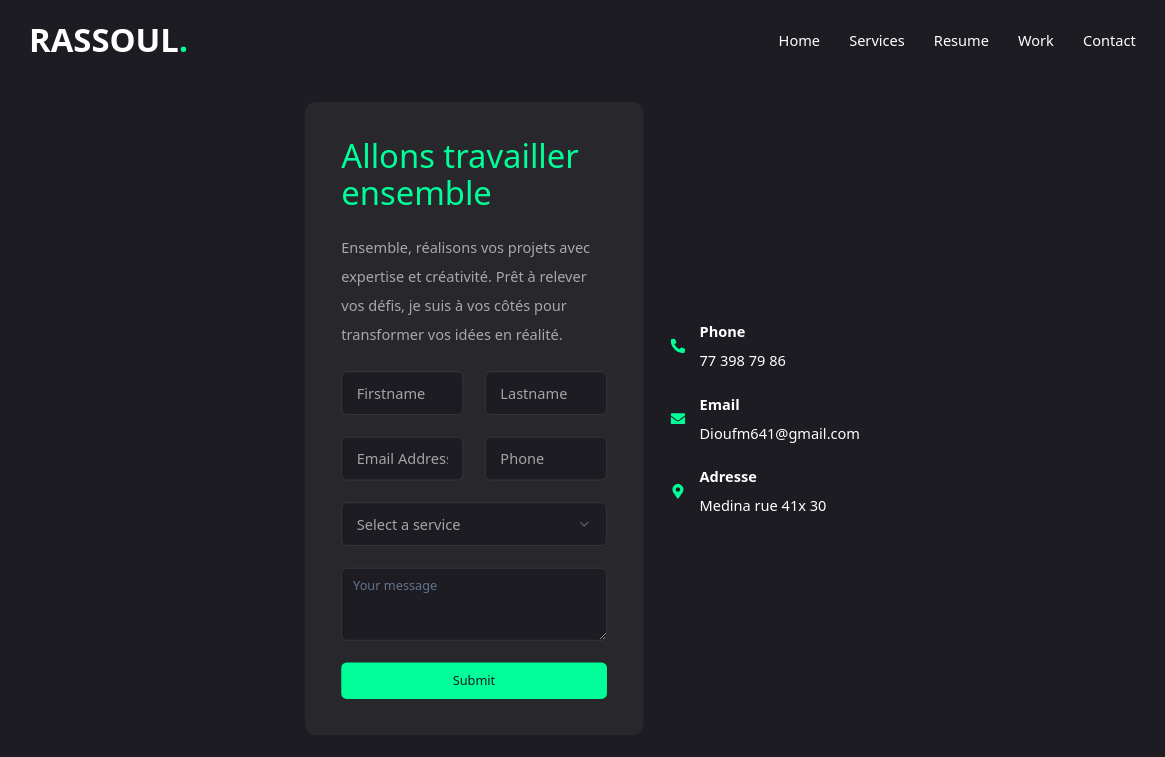
Repository: MDiouf9/portfolio2
Page: /contact
These files come from the project's save history. The page is drawn as it stood at one moment and after the next save; the edit follows.
The browser window is 1280 px wide. The pictures show the whole page, at 91% of full size.
The project was rebuilt for these pictures with package versions that can differ from the ones it lists, and the page was loaded fresh each time. The framework's server and built-in components were replaced by stand-ins that run in the browser. Also part of the build but not shown: next.config.mjs.

Above is the page before, as saved 2024-10-15 23:33:05.

### src/app/contact/page.tsx
"use client"
import { Button } from '@/components/ui/button';
import { Input } from '@/components/ui/input';
import { Textarea } from '@/components/ui/textarea';
import {
  Select,
  SelectContent,
  SelectGroup,
  SelectItem,
  SelectLabel,
  SelectTrigger,
  SelectValue
} from '@/components/ui/select';
import { FaPhoneAlt, FaEnvelope, FaMapMarkerAlt } from 'react-icons/fa';
import { motion } from 'framer-motion';

const info = [
  {
    icon: <FaPhoneAlt />,
    title: 'Phone',
    description: '77 398 79 86'
  },
  {
    icon: <FaEnvelope />,
    title: 'Email',
    description: 'Dioufm641@gmail.com'
  },
  {
    icon: <FaMapMarkerAlt />,
    title: 'Adresse',
    description: 'Medina rue 41x 30'
  }
];

const Contact = () => {
  return (
    <motion.section
      initial={{ opacity: 0 }}
      animate={{
        opacity: 1,
        transition: { delay: 2.4, duration: 0.4, ease: 'easeIn' },
      }}
      className="py-6"
    >
      <div className="container mx-auto">
        <div className="flex flex-col xl:flex-row gap-[30px]">
          {/* Formulaire de contact */}
          <div className="xl:h-[54%] order-2 xl:order-none">
            <form className="flex flex-col gap-6 p-10 bg-[#27272c] rounded-xl">
              <h3 className="text-4xl text-accent"> Allons travailler ensemble</h3>
              <p className="text-white/60">


Ensemble, réalisons vos projets avec expertise et créativité. Prêt à relever vos défis, je suis à vos côtés pour transformer vos idées en réalité.
              </p>
              <div className="grid grid-cols-1 md:grid-cols-2 gap-6">
                <Input type="text" placeholder="Firstname" />
                <Input type="text" placeholder="Lastname" />
                <Input type="email" placeholder="Email Address" />
                <Input type="tel" placeholder="Phone" />
              </div>
              <Select>
                <SelectTrigger className="w-full">
                  <SelectValue placeholder="Select a service" />
                </SelectTrigger>
                <SelectContent>
                  <SelectGroup>
                    <SelectLabel>Select a service</SelectLabel>
                    <SelectItem value="est">Web Development</SelectItem>
                    <SelectItem value="cst">Mobile Development</SelectItem>
                  </SelectGroup>
                </SelectContent>
              </Select>
              <Textarea className='h-[200px]:' placeholder="Your message" />
              <Button>Submit</Button>
            </form>
          </div>

          {/* Section avec les informations de contact */}
          <div className="flex-1 flex items-center xl:justify-end order-1 xl:order-none mb-8 xl:mb-0">
            <div className="space-y-4 text-white">
              {info.map((item, index) => (
                <div key={index} className="flex items-center space-x-4">
                  <div className="text-accent">{item.icon}</div>
                  <div>
                    <h4 className="font-bold">{item.title}</h4>
                    <p>{item.description}</p>
                  </div>
                </div>
              ))}
            </div>
          </div>
        </div>
      </div>
    </motion.section>
  );
};

export default Contact;

### src/components/Header.tsx
import Link from 'next/link';
import { Button } from './ui/button';
import React from 'react';
import Nav from './Nav';
import MobileNav from './MobileNav';

const Header = () => {
  return (
    <header className='bg-dark py-3 xl:py-6 text-white w-full'>
      {/* Wrapper pour le contenu du header */}
      <div className='flex items-center justify-between px-4 md:px-8'>
        {/* Logo */}
        <Link href="/">
          <h1 className='text-3xl md:text-4xl font-semibold'>
            RASSOUL<span className='text-accent'>.</span>
          </h1>
        </Link>

        {/* Menu de navigation pour les grands écrans */}
        <div className="hidden xl:flex items-center gap-8">
          <Nav />
          {/* <Link href="/Contact">
            <Button>Hire Me</Button>
          </Link> */}
        </div>

        {/* Menu mobile (uniquement visible sur petits écrans) */}
        <div className='xl:hidden'>
          <MobileNav />
        </div>
      </div>
    </header>
  );
};

export default Header;

### src/components/ui/button.tsx
import * as React from "react";
import { Slot } from "@radix-ui/react-slot";
import { cva, type VariantProps } from "class-variance-authority";

import { cn } from "@/lib/utils";

// Définit les variantes directement dans l'objet variants
const buttonVariants = cva(
  "inline-flex items-center justify-center whitespace-nowrap rounded-md text-sm font-medium ring-offset-white transition-colors focus-visible:outline-none focus-visible:ring-2 focus-visible:ring-slate-950 focus-visible:ring-offset-2 disabled:pointer-events-none disabled:opacity-50 dark:ring-offset-slate-950 dark:focus-visible:ring-slate-300",
  {
    variants: {
      variant: {
        default: "bg-accent text-primary hover:bg-accent-hover",
        outline: "border border-slate-300 text-slate-700 hover:bg-accent-hover",
      },
      size: {
        default: "h-10 px-4 py-2",
        sm: "h-9 rounded-md px-3",
        lg: "h-11 rounded-md px-8",
        icon: "h-10 w-10",
      },
    },
    defaultVariants: {
      variant: "default",
      size: "default",
    },
  }
);

// Interface ButtonProps
export interface ButtonProps
  extends React.ButtonHTMLAttributes<HTMLButtonElement>,
    VariantProps<typeof buttonVariants> {
  asChild?: boolean;
}

const Button = React.forwardRef<HTMLButtonElement, ButtonProps>(
  ({ className, variant, size, asChild = false, ...props }, ref) => {
    const Comp = asChild ? Slot : "button";
    return (
      <Comp
        className={cn(buttonVariants({ variant, size, className }))}
        ref={ref}
        {...props}
      />
    );
  }
);
Button.displayName = "Button";

export { Button, buttonVariants };

### src/components/ui/input.tsx
import * as React from "react"

import { cn } from "@/lib/utils"

export interface InputProps
  extends React.InputHTMLAttributes<HTMLInputElement> {}

const Input = React.forwardRef<HTMLInputElement, InputProps>(
  ({ className, type, ...props }, ref) => {
    return (
      <input
        type={type}
        className={cn( 'flex h-[48px] rounded-md border border-white/10 focus:border-accent font-light bg-primary px-4 py-5  text-base placeholder:text-white/60 outline-none',

          className
        )}
        ref={ref}
        {...props}
      />
    )
  }
)
Input.displayName = "Input"

export { Input }

### src/components/ui/textarea.tsx
import * as React from "react"

import { cn } from "@/lib/utils"

export interface TextareaProps
  extends React.TextareaHTMLAttributes<HTMLTextAreaElement> {}

const Textarea = React.forwardRef<HTMLTextAreaElement, TextareaProps>(
  ({ className, ...props }, ref) => {
    return (
      <textarea
        className={cn(
          "flex min-h-[80px] w-full rounded-md border border-white/10 bg-primary px-3 py-2 text-sm ring-offset-white placeholder:text-slate-500 focus-visible:outline-none focus-visible:ring-2 focus-visible:ring-accent focus-visible:ring-offset-2 disabled:cursor-not-allowed disabled:opacity-50 dark:border-slate-800 dark:bg-slate-950 dark:ring-offset-slate-950 dark:placeholder:text-slate-400 dark:focus-visible:ring-slate-300",
          className
        )}
        ref={ref}
        {...props}
      />
    )
  }
)
Textarea.displayName = "Textarea"

export { Textarea }

### src/components/Nav.tsx
"use client"
import React from 'react'
import Link from 'next/link'
import { usePathname } from 'next/navigation'



const links =[
        {
            name: "Home",
            path: "/",
        },
        {
            name: "Services",
            path: "/Services",
        },
        {
            name: "Resume",
            path: "/Resume",
        },
        {
            name: "work",
            path: "/Work",
        },
        {
            name: "Contact",
            path: "/Contact",
        },
    ]
 const Nav = () => {
  const  pathname = usePathname();
  return (
    <nav className=' flex gap-8'>
        {links.map((link,index) => {
            return (
                <Link href={link.path} key={index} className={`${link.path === pathname && "text-accent border-b-2 border-accent"} capitalize font-medium hover:text-accent transition-all`}>
                    {link.name}
                </Link>
            );
        })}

    </nav>
  );
}
export default Nav

### src/components/MobileNav.tsx
"use client";
import React from 'react'
import {Sheet ,  SheetContent, SheetTrigger, } from '@/components/ui/sheet'
import { usePathname } from 'next/navigation';
import Link from 'next/link';
import {CiMenuFries} from "react-icons/ci"

const links =[
  {
    name: "Home",
    path: "/",
},
{
    name: "Services",
    path: "/Services",
},
{
    name: "Resume",
    path: "/Resume",
},
{
    name: "work",
    path: "/Work",
},
{
    name: "Contact",
    path: "/Contact",
},
]

const MobileNav = () => {
  const pathname = usePathname();
  return (
    <Sheet>
<SheetTrigger className='flex justify-center items-center'>
  <CiMenuFries  className=' text-[32px] text-accent'/>
</SheetTrigger>
<SheetContent  className='flex flex-col'>

     <div className=' mt-32 mb-40 text-center txt-2xl'>
     <h1> MOUHAMED<span className='text-accent'>.</span> <em className='text-accent'>DIOUF</em></h1>

     </div>
     <nav className='flex flex-col justify-center items-center gap-8'>
{links.map((link,index)=>{
  return (
    <Link href={link.path} key={index} className={`${link.path === pathname && "text-accent border-b-2 border-accent"} capitalize font-medium hover:text-accent transition-all`}>
      {link.name}


    </Link>
  )
})

}
     </nav>
     </SheetContent>
    </Sheet>
  )
}

export default MobileNav

### src/components/ui/sheet.tsx
"use client"

import * as React from "react"
import * as SheetPrimitive from "@radix-ui/react-dialog"
import { cva, type VariantProps } from "class-variance-authority"
import {IoMdClose} from 'react-icons/io'

import { cn } from "@/lib/utils"

const Sheet = SheetPrimitive.Root

const SheetTrigger = SheetPrimitive.Trigger

const SheetClose = SheetPrimitive.Close

const SheetPortal = SheetPrimitive.Portal

const SheetOverlay = React.forwardRef<
  React.ElementRef<typeof SheetPrimitive.Overlay>,
  React.ComponentPropsWithoutRef<typeof SheetPrimitive.Overlay>
>(({ className, ...props }, ref) => (
  <SheetPrimitive.Overlay
    className={cn(
      "fixed inset-0 z-50 bg-black/80  data-[state=open]:animate-in data-[state=closed]:animate-out data-[state=closed]:fade-out-0 data-[state=open]:fade-in-0",
      className
    )}
    {...props}
    ref={ref}
  />
))
SheetOverlay.displayName = SheetPrimitive.Overlay.displayName

const sheetVariants = cva(
  "fixed z-50 gap-4 bg-primary p-6 shadow-lg transition ease-in-out data-[state=open]:animate-in data-[state=closed]:animate-out data-[state=closed]:duration-300 data-[state=open]:duration-500 dark:bg-slate-950",
  {
    variants: {
      side: {
        top: "inset-x-0 top-0 border-b data-[state=closed]:slide-out-to-top data-[state=open]:slide-in-from-top",
        bottom:
          "inset-x-0 bottom-0 border-t data-[state=closed]:slide-out-to-bottom data-[state=open]:slide-in-from-bottom",
        left: "inset-y-0 left-0 h-full w-3/4  data-[state=closed]:slide-out-to-left data-[state=open]:slide-in-from-left sm:max-w-sm",
        right:
          "inset-y-0 right-0 h-full w-3/4   data-[state=closed]:slide-out-to-right data-[state=open]:slide-in-from-right sm:max-w-sm",
      },
    },
    defaultVariants: {
      side: "right",
    },
  }
)

interface SheetContentProps
  extends React.ComponentPropsWithoutRef<typeof SheetPrimitive.Content>,
    VariantProps<typeof sheetVariants> {}

const SheetContent = React.forwardRef<
  React.ElementRef<typeof SheetPrimitive.Content>,
  SheetContentProps
>(({ side = "right", className, children, ...props }, ref) => (
  <SheetPortal>
    <SheetOverlay />
    <SheetPrimitive.Content
      ref={ref}
      className={cn(sheetVariants({ side }), className)}
      {...props}
    >
      {children}
      <SheetPrimitive.Close className="absolute right-4 top-4 rounded-sm opacity-70 ring-offset-white transition-opacity hover:opacity-100 focus:outline-none focus:ring-2 focus:ring-slate-950 focus:ring-offset-2 disabled:pointer-events-none data-[state=open]:bg-slate-100 dark:ring-offset-slate-950 dark:focus:ring-slate-300 dark:data-[state=open]:bg-slate-800">
        <IoMdClose className="text-3xl text-accent" />
        <span className="sr-only">Close</span>
      </SheetPrimitive.Close>
    </SheetPrimitive.Content>
  </SheetPortal>
))
SheetContent.displayName = SheetPrimitive.Content.displayName

const SheetHeader = ({
  className,
  ...props
}: React.HTMLAttributes<HTMLDivElement>) => (
  <div
    className={cn(
      "flex flex-col space-y-2 text-center sm:text-left",
      className
    )}
    {...props}
  />
)
SheetHeader.displayName = "SheetHeader"

const SheetFooter = ({
  className,
  ...props
}: React.HTMLAttributes<HTMLDivElement>) => (
  <div
    className={cn(
      "flex flex-col-reverse sm:flex-row sm:justify-end sm:space-x-2",
      className
    )}
    {...props}
  />
)
SheetFooter.displayName = "SheetFooter"

const SheetTitle = React.forwardRef<
  React.ElementRef<typeof SheetPrimitive.Title>,
  React.ComponentPropsWithoutRef<typeof SheetPrimitive.Title>
>(({ className, ...props }, ref) => (
  <SheetPrimitive.Title
    ref={ref}
    className={cn("text-lg font-semibold text-slate-950 dark:text-slate-50", className)}
    {...props}
  />
))
SheetTitle.displayName = SheetPrimitive.Title.displayName

const SheetDescription = React.forwardRef<
  React.ElementRef<typeof SheetPrimitive.Description>,
  React.ComponentPropsWithoutRef<typeof SheetPrimitive.Description>
>(({ className, ...props }, ref) => (
  <SheetPrimitive.Description
    ref={ref}
    className={cn("text-sm text-slate-500 dark:text-slate-400", className)}
    {...props}
  />
))
SheetDescription.displayName = SheetPrimitive.Description.displayName

export {
  Sheet,
  SheetPortal,
  SheetOverlay,
  SheetTrigger,
  SheetClose,
  SheetContent,
  SheetHeader,
  SheetFooter,
  SheetTitle,
  SheetDescription,
}

Loaded but not shown: src/app/layout.tsx (common file); src/app/globals.css (common file); src/lib/utils.ts (common file); tailwind.config.ts (common file); src/components/ui/select.tsx (160 lines, source omitted)

After the next save:
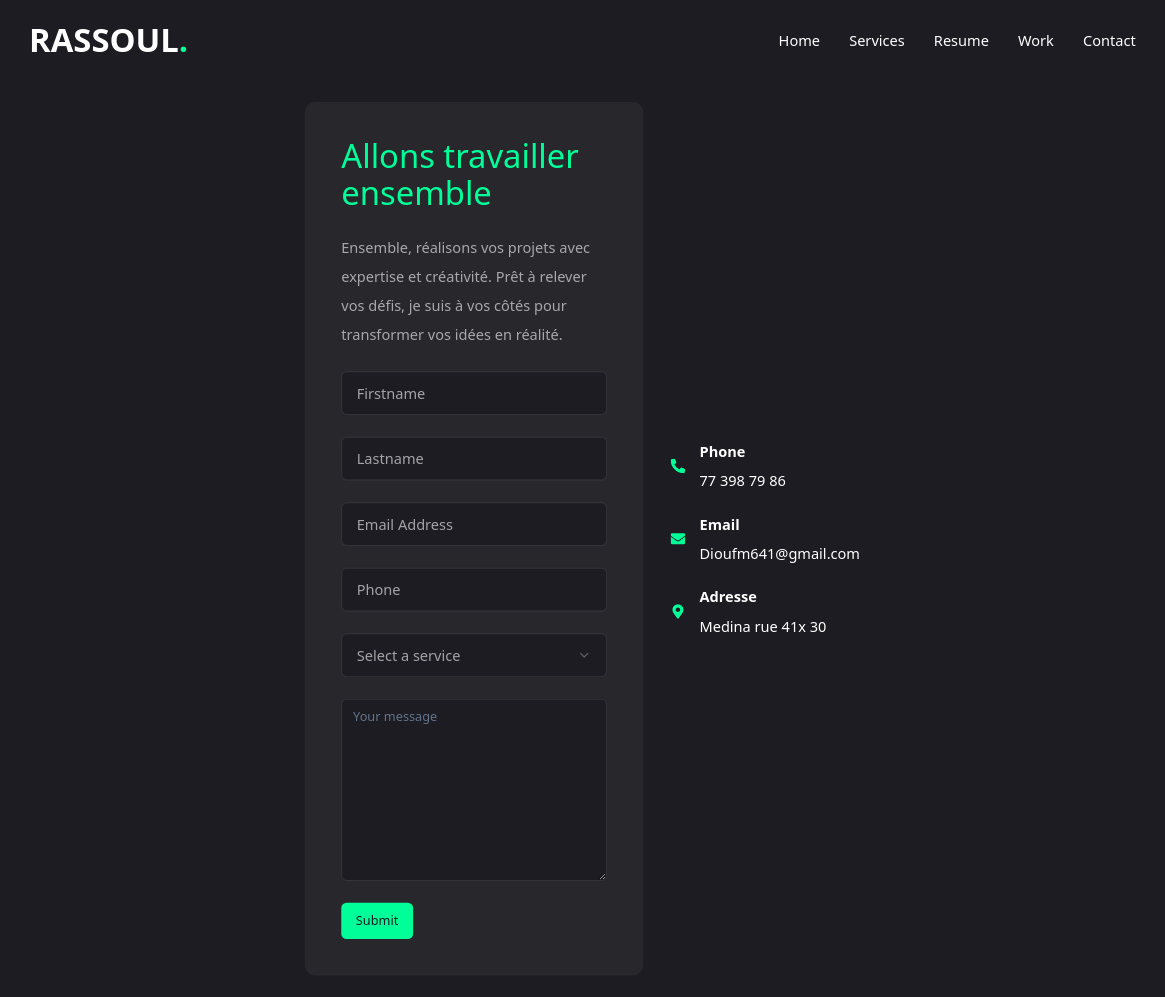
Saved 3 min 3 s later.
--- a/src/app/contact/page.tsx
+++ b/src/app/contact/page.tsx
@@ -1,4 +1,4 @@
-"use client"
+"use client";
 import { Button } from '@/components/ui/button';
 import { Input } from '@/components/ui/input';
 import { Textarea } from '@/components/ui/textarea';
@@ -46,20 +46,22 @@
         <div className="flex flex-col xl:flex-row gap-[30px]">
           {/* Formulaire de contact */}
           <div className="xl:h-[54%] order-2 xl:order-none">
-            <form className="flex flex-col gap-6 p-10 bg-[#27272c] rounded-xl">
-              <h3 className="text-4xl text-accent"> Allons travailler ensemble</h3>
-              <p className="text-white/60">
+            <form className="flex flex-wrap gap-6 p-10 bg-[#27272c] rounded-xl items-center justify-between">
+              <h3 className="text-4xl text-accent w-full"> Allons travailler ensemble</h3>
+              <p className="text-white/60 w-full">
+                Ensemble, réalisons vos projets avec expertise et créativité. Prêt à relever vos défis, je suis à vos côtés pour transformer vos idées en réalité.
+              </p>
 
+              {/* Les champs de formulaire en une seule ligne */}
+              <div className="flex flex-wrap gap-6 w-full">
+                <Input type="text" placeholder="Firstname" className="flex-1" />
+                <Input type="text" placeholder="Lastname" className="flex-1" />
+                <Input type="email" placeholder="Email Address" className="flex-1" />
+                <Input type="tel" placeholder="Phone" className="flex-1" />
+              </div>
 
-Ensemble, réalisons vos projets avec expertise et créativité. Prêt à relever vos défis, je suis à vos côtés pour transformer vos idées en réalité.
-              </p>
-              <div className="grid grid-cols-1 md:grid-cols-2 gap-6">
-                <Input type="text" placeholder="Firstname" />
-                <Input type="text" placeholder="Lastname" />
-                <Input type="email" placeholder="Email Address" />
-                <Input type="tel" placeholder="Phone" />
-              </div>
-              <Select>
+              {/* Select pour les services */}
+              <Select className="w-full">
                 <SelectTrigger className="w-full">
                   <SelectValue placeholder="Select a service" />
                 </SelectTrigger>
@@ -71,8 +73,12 @@
                   </SelectGroup>
                 </SelectContent>
               </Select>
-              <Textarea className='h-[200px]:' placeholder="Your message" />
-              <Button>Submit</Button>
+
+              {/* Zone de texte pour le message */}
+              <Textarea className="h-[200px] w-full" placeholder="Your message" />
+
+              {/* Bouton de soumission */}
+              <Button className="w-full md:w-auto">Submit</Button>
             </form>
           </div>
 

After the save that followed:
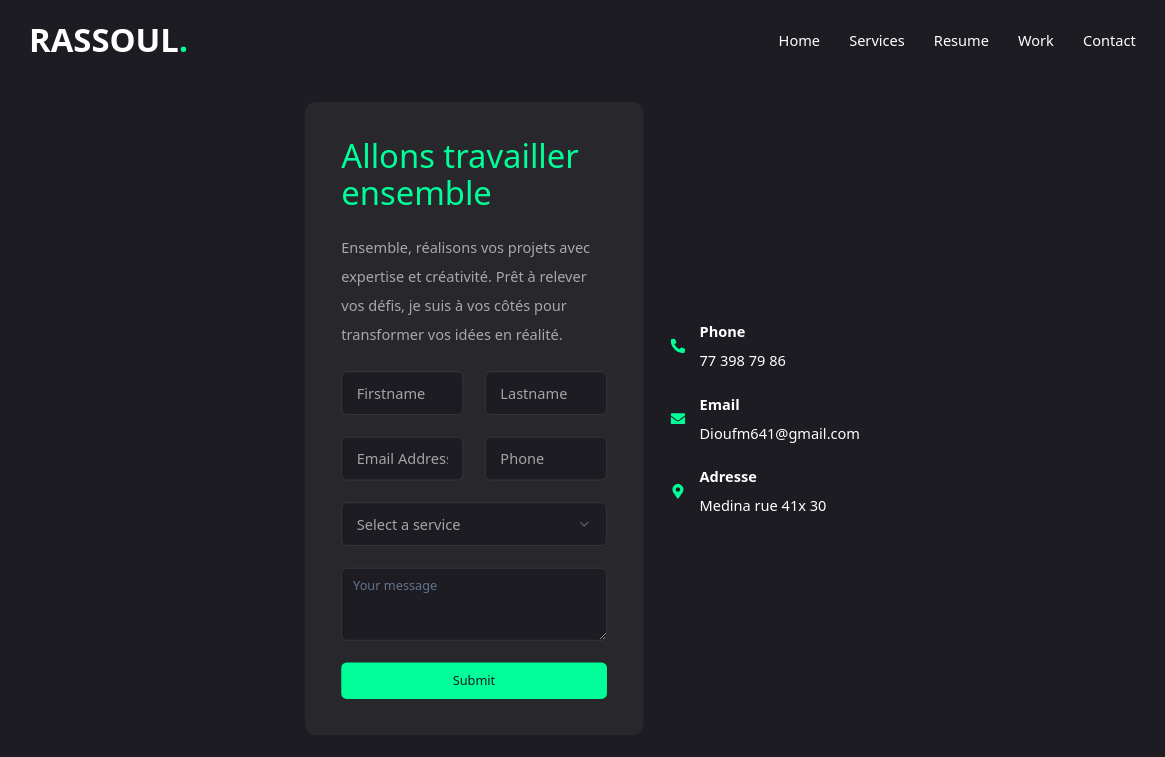
Saved 27 s later.
--- a/src/app/contact/page.tsx
+++ b/src/app/contact/page.tsx
@@ -1,4 +1,4 @@
-"use client";
+"use client"
 import { Button } from '@/components/ui/button';
 import { Input } from '@/components/ui/input';
 import { Textarea } from '@/components/ui/textarea';
@@ -46,22 +46,20 @@
         <div className="flex flex-col xl:flex-row gap-[30px]">
           {/* Formulaire de contact */}
           <div className="xl:h-[54%] order-2 xl:order-none">
-            <form className="flex flex-wrap gap-6 p-10 bg-[#27272c] rounded-xl items-center justify-between">
-              <h3 className="text-4xl text-accent w-full"> Allons travailler ensemble</h3>
-              <p className="text-white/60 w-full">
-                Ensemble, réalisons vos projets avec expertise et créativité. Prêt à relever vos défis, je suis à vos côtés pour transformer vos idées en réalité.
+            <form className="flex flex-col gap-6 p-10 bg-[#27272c] rounded-xl">
+              <h3 className="text-4xl text-accent"> Allons travailler ensemble</h3>
+              <p className="text-white/60">
+
+
+Ensemble, réalisons vos projets avec expertise et créativité. Prêt à relever vos défis, je suis à vos côtés pour transformer vos idées en réalité.
               </p>
-
-              {/* Les champs de formulaire en une seule ligne */}
-              <div className="flex flex-wrap gap-6 w-full">
-                <Input type="text" placeholder="Firstname" className="flex-1" />
-                <Input type="text" placeholder="Lastname" className="flex-1" />
-                <Input type="email" placeholder="Email Address" className="flex-1" />
-                <Input type="tel" placeholder="Phone" className="flex-1" />
+              <div className="grid grid-cols-1 md:grid-cols-2 gap-6">
+                <Input type="text" placeholder="Firstname" />
+                <Input type="text" placeholder="Lastname" />
+                <Input type="email" placeholder="Email Address" />
+                <Input type="tel" placeholder="Phone" />
               </div>
-
-              {/* Select pour les services */}
-              <Select className="w-full">
+              <Select>
                 <SelectTrigger className="w-full">
                   <SelectValue placeholder="Select a service" />
                 </SelectTrigger>
@@ -73,12 +71,8 @@
                   </SelectGroup>
                 </SelectContent>
               </Select>
-
-              {/* Zone de texte pour le message */}
-              <Textarea className="h-[200px] w-full" placeholder="Your message" />
-
-              {/* Bouton de soumission */}
-              <Button className="w-full md:w-auto">Submit</Button>
+              <Textarea className='h-[200px]:' placeholder="Your message" />
+              <Button>Submit</Button>
             </form>
           </div>
 
